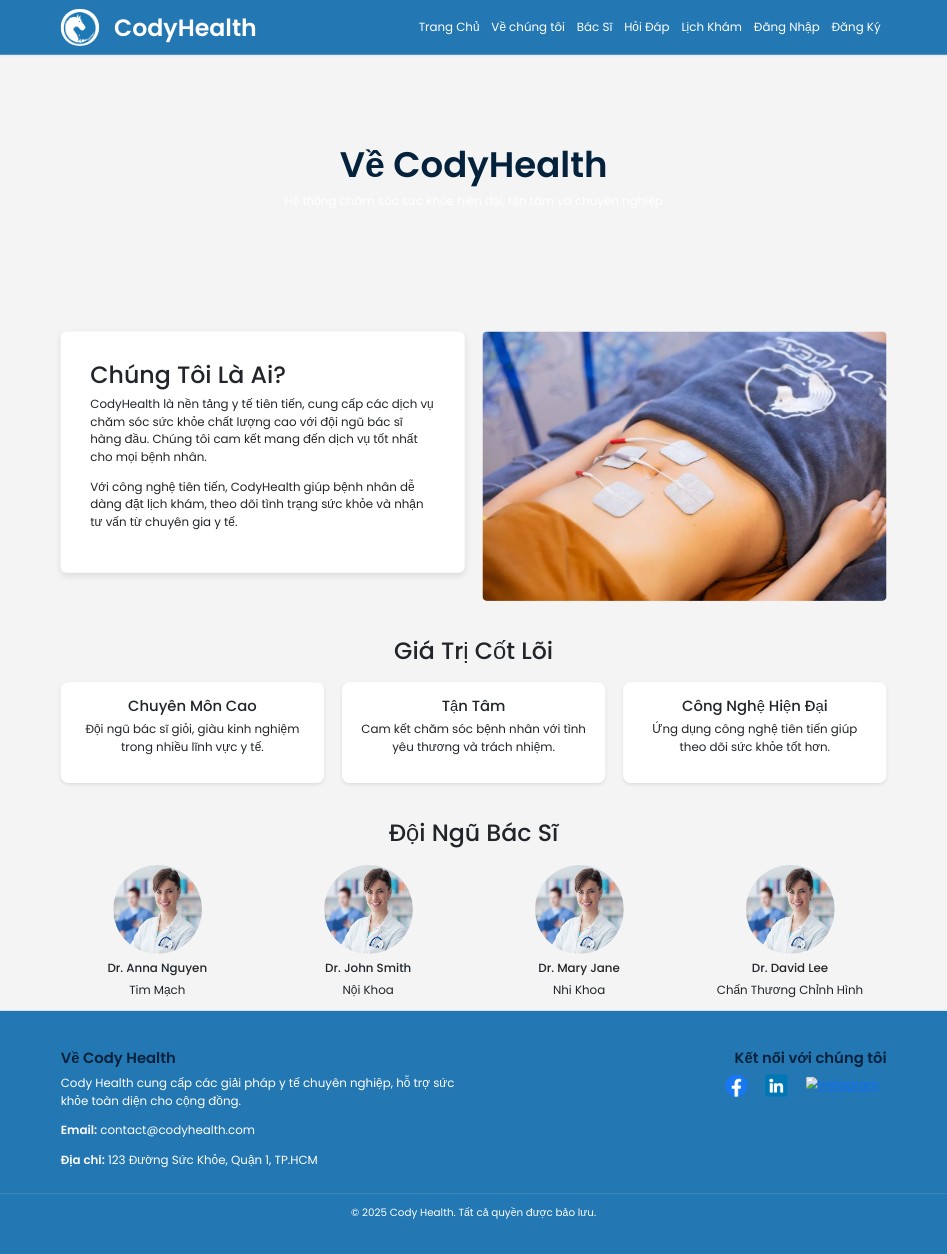
Repository: JonesKhaii/CodySocial
Page: http://localhost/about
The author's editor kept a copy of each file at every save. The page is drawn from the files as they stood at one save, then again after a run of saves.
The browser window is 1280 px wide. The pictures show the whole page, at 74% of full size.
The page is served by the project's Laravel application, run on PHP 8.4 with Laravel 12.

Above is the page before, as saved 2025-02-14 06:27:38.

After the next 2 saves:
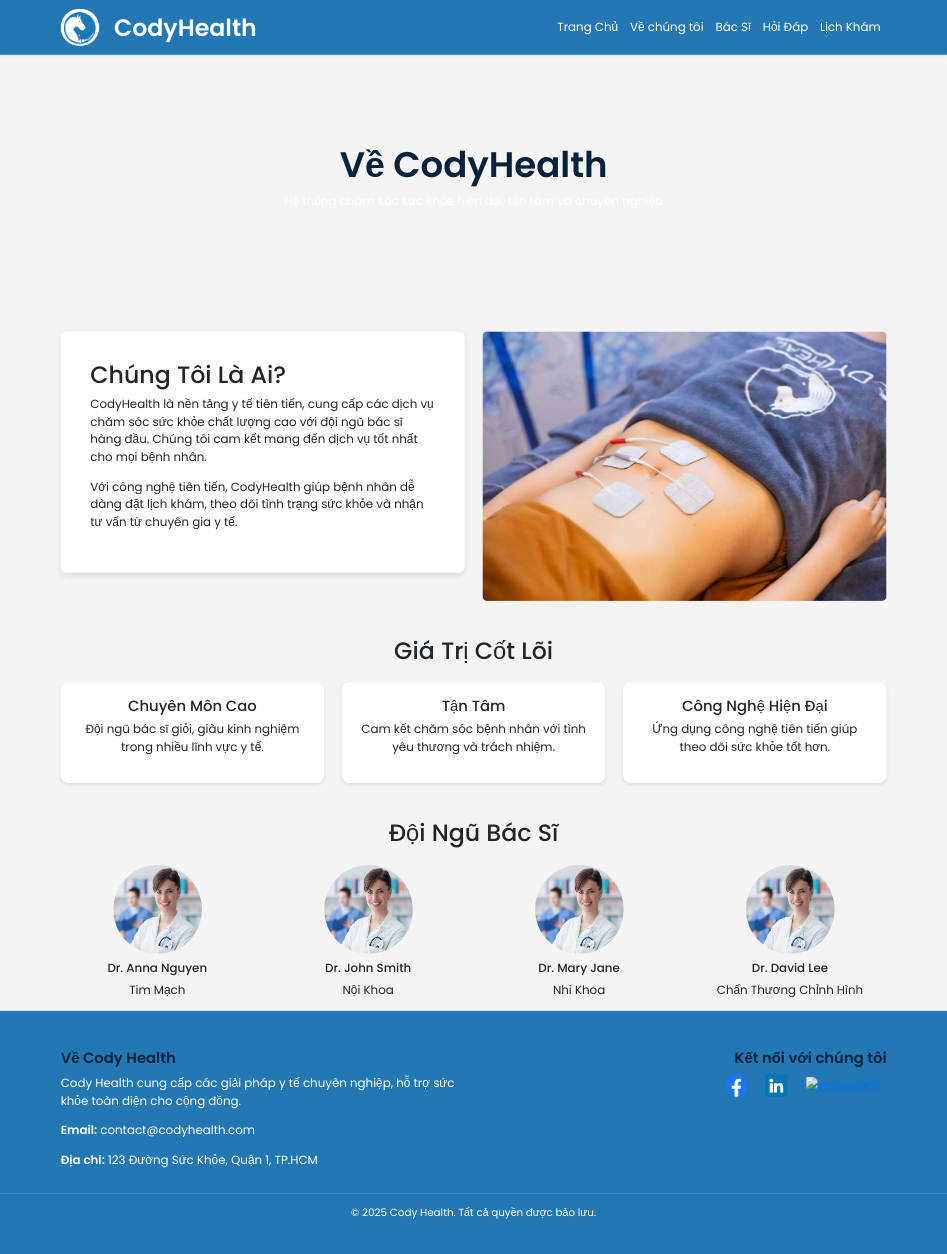
The 2 saves are shown as one change because 1 did not build or start.
The last was saved 6 min 15 s later.
--- a/resources/views/layouts/header.blade.php
+++ b/resources/views/layouts/header.blade.php
@@ -57,18 +57,12 @@
                     @elseif (session('role') == 'doctor')
                         <li class="nav-item"><a class="nav-link text-white" href="{{ route('doctor.profile') }}">Trang Tổng
                                 Quan Bác Sĩ</a></li>
-                    @else
+                    @elseif (session('role') == 'user')
                         <li class="nav-item"><a class="nav-link text-white" href="{{ route('user.profile') }}">Hồ Sơ Người
                                 Dùng</a></li>
                     @endif
+                @endauth
 
-                    {{-- Đăng xuất --}}
-                    <li class="nav-item"><a class="nav-link text-white" href="">Đăng Xuất</a></li>
-                @else
-                    <li class="nav-item"><a class="nav-link text-white" href="">Đăng Nhập</a></li>
-                    <li class="nav-item"><a class="nav-link text-white" href="">Đăng Ký</a>
-                    </li>
-                @endauth
                 {{-- Đăng xuất --}}
                 {{-- @auth
                     <li class="nav-item"><a class="nav-link text-white" href="">Đăng Xuất</a>

After the save that followed:
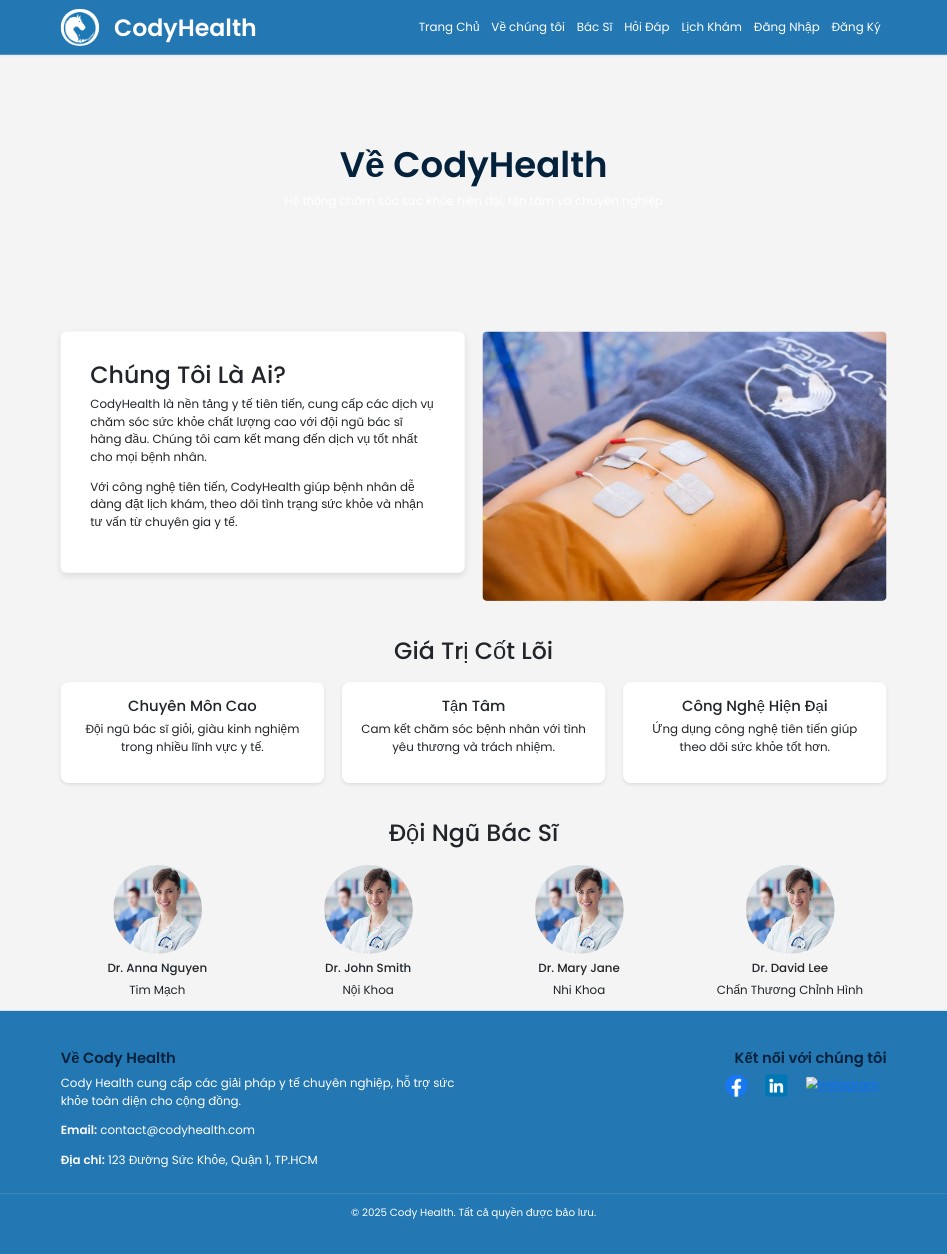
Saved 59 s later.
--- a/resources/views/layouts/header.blade.php
+++ b/resources/views/layouts/header.blade.php
@@ -57,12 +57,18 @@
                     @elseif (session('role') == 'doctor')
                         <li class="nav-item"><a class="nav-link text-white" href="{{ route('doctor.profile') }}">Trang Tổng
                                 Quan Bác Sĩ</a></li>
-                    @elseif (session('role') == 'user')
+                    @else
                         <li class="nav-item"><a class="nav-link text-white" href="{{ route('user.profile') }}">Hồ Sơ Người
                                 Dùng</a></li>
                     @endif
+
+                    {{-- Đăng xuất --}}
+                    <li class="nav-item"><a class="nav-link text-white" href="">Đăng Xuất</a></li>
+                @else
+                    <li class="nav-item"><a class="nav-link text-white" href="">Đăng Nhập</a></li>
+                    <li class="nav-item"><a class="nav-link text-white" href="">Đăng Ký</a>
+                    </li>
                 @endauth
-
                 {{-- Đăng xuất --}}
                 {{-- @auth
                     <li class="nav-item"><a class="nav-link text-white" href="">Đăng Xuất</a>
